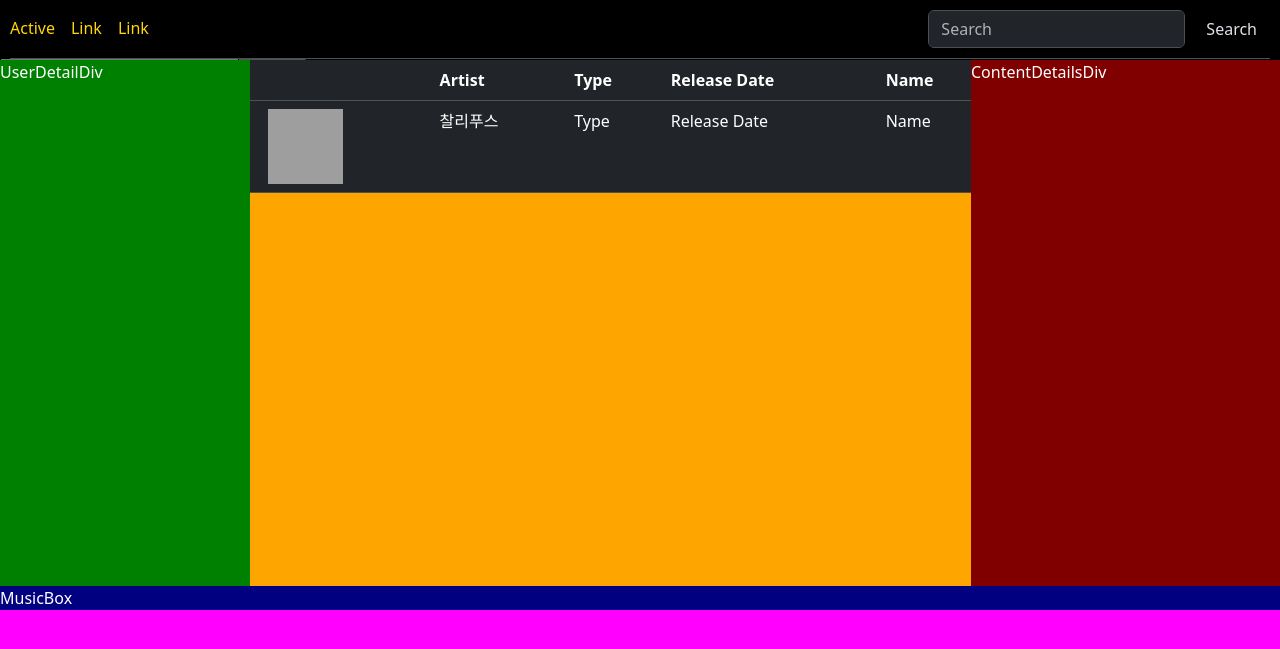
Repository: budflower44/My_Music_Life
Page: http://localhost/my_music_life/WEB-INF/views/mml/main.jsp
These files come from the project's save history. The page is drawn as it stood at one moment and after the next save; the edit follows.
The browser window is 1280 px wide. The pictures show the whole page.
Pictures or frames that could not be fetched are drawn as grey boxes. The page is served by Tomcat 9. Nobody is signed in. Other server files are loaded and not shown. The template is opened directly, without the code that normally fills it, so the values that code supplies are empty.

Above is the page before, as saved 2024-02-16 04:30:51.
Console error: TypeError: Cannot read properties of null (reading 'addEventListener')

### my_music_life/src/main/webapp/WEB-INF/views/mml/main.jsp
<%@ page language="java" contentType="text/html; charset=UTF-8"
    pageEncoding="UTF-8"%>
<!DOCTYPE html>
<html>
<head>
<meta charset="UTF-8">
<title>Insert title here</title>
</head>
<link rel="stylesheet" href="https://cdn.jsdelivr.net/npm/bootstrap-icons@1.10.5/font/bootstrap-icons.css">
<link href="https://cdn.jsdelivr.net/npm/bootstrap@5.3.1/dist/css/bootstrap.min.css" rel="stylesheet" integrity="sha384-4bw+/aepP/YC94hEpVNVgiZdgIC5+VKNBQNGCHeKRQN+PtmoHDEXuppvnDJzQIu9" crossorigin="anonymous">
<script src="https://cdn.jsdelivr.net/npm/@popperjs/core@2.11.8/dist/umd/popper.min.js" integrity="sha384-I7E8VVD/ismYTF4hNIPjVp/Zjvgyol6VFvRkX/vR+Vc4jQkC+hVqc2pM8ODewa9r" crossorigin="anonymous"></script>
<script src="https://cdn.jsdelivr.net/npm/bootstrap@5.3.1/dist/js/bootstrap.min.js" integrity="sha384-Rx+T1VzGupg4BHQYs2gCW9It+akI2MM/mndMCy36UVfodzcJcF0GGLxZIzObiEfa" crossorigin="anonymous"></script>
<style>
body{
	background-color : black;
	color: white;
	padding: 0;
	margin: 0;
}
.parentsDiv{
	height: 100vh;
	width: 100vw;
	display: flex;
	flex-direction: column;
}
.HeaderDiv{
	height: 60px;
}
.MidDiv{
	height: calc(100vh - 214px);
	min-height: calc(100vh - 194px);
	display:flex;
}
.FooterDiv{
	background-color: fuchsia;
	height: 154px;
	padding: 0;
	margin: 0;
	position:sticky;
	top: calc(100vh - 214px);
}
.SearchLineDiv{

}
.UserDetailDiv{
	background-color: green;
	width: 250px;
	min-width: 250px;
}
.ContentsDiv{
	background-color: orange;
	width: 100%;
	height:calc(100vw-550px);
	display: flex;
	justify-content: space-between;
	overflow: scroll;
}
.ContentDiv{
	background-color: lime;
	width: 70%;
	height: calc(100vw-550px);
	overflow: scroll;
	align-items: flex-start;
}
.ContentDetailsDiv{
	background-color: maroon;
	width: 30%;
	min-width: 300px;
	height: 100%
}
.MusicBox{
	background-color: navy;
	padding: 0;
	margin: 0;

}
.searchDiv{
	background-color: black;
	width: 650px;
	height: 75px;
}
.searchDiv img{
	margin-left: 10px;
}
.searchDiv span{
	text-align: center;
}
.playIcon {
	display: inline;
}

.navDiv{
	position:sticky;
	padding-left: 10px;
	padding-right: 10px;
}
.nav-link{
	color: gold;
}
.nav-link:hover {
	color: white;
}
.navbar{
	background-color: black;
}
.table{
	width: 800px;
	min-width: 500px;
}
</style>
<body>
<div class="parentsDiv">
	<div class="HeaderDiv">
		<div class="SearchLineDiv">
				<div class="navDiv">
					<nav class="navbar border-bottom border-body" data-bs-theme="dark">
						<ul class="nav nav-underline justify-content-end">
							<li class="nav-item"><a class="nav-link" aria-current="page" href="#">Active</a></li>
							<li class="nav-item"><a class="nav-link" href="#">Link</a></li>
							<li class="nav-item"><a class="nav-link" href="#">Link</a></li>
						</ul>
						<form class="d-flex" role="search">
        					<input class="form-control me-2 " id="searchKeyword" type="search" placeholder="Search" aria-label="Search">
        					<button class="btn" type="button" id="searchBtn">Search</button>
      					</form>
					</nav>
				</div>
				<input type="text" id="searchKeyword"><button type="button" id="searchBtn">Search</button>
		</div>
	</div>
	<div class="MidDiv">
		<div class="UserDetailDiv">UserDetailDiv</div>
		<div class="ContentsDiv">
			<div class="contentDiv">
				<div class="searchDiv" id="MusicBox">
				<table id="SearchBox" class="table table-dark table-hover">
					<tr>
						<th></th>
						<th>Artist</th>
						<th>Type</th>
						<th>Release Date</th>
						<th>Name</th>
						<th></th>
					</tr>
					<tr>
						<td>
						<img alt="" src="https://i.scdn.co/image/ab67616d0000b273a3b39c1651a617bb09800fd8" style="height:75px; width:75px; display:inline;">
						</td>
						<td>찰리푸스</td>
						<td>Type</td>
						<td>Release Date</td>
						<td>Name</td>
						<td><i class="bi bi-play-circle-fill"></i></td>
					</tr>
				</table>
				</div>
			</div>
			<div class="ContentDetailsDiv">ContentDetailsDiv</div>
		</div>
	</div>
	<div class="FooterDiv">
		<div class="MusicBox" >MusicBox</div>
	</div>
	<div></div>
</div>

<script src="/resources/js/spotifyAPI.js"></script>

</body>
</html>

Loaded but not shown: my_music_life/src/main/webapp/resources/js/spotifyAPI.js (910 lines, source omitted)

After the next save:
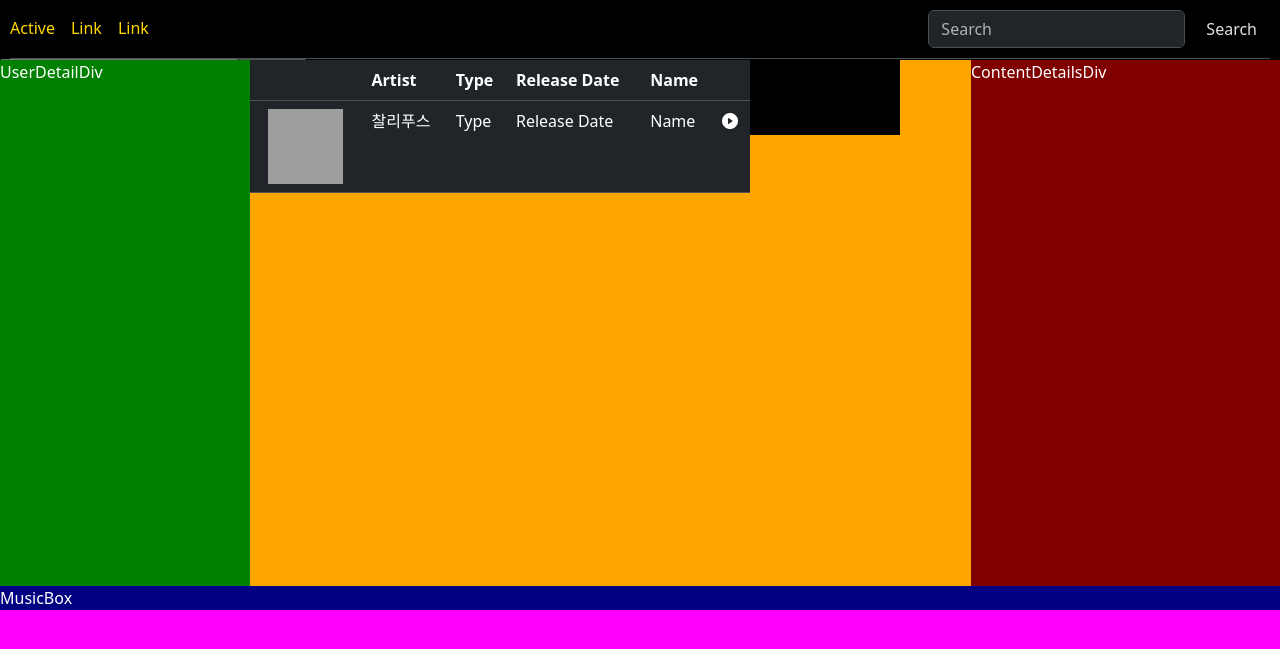
Saved 18 s later.
--- a/my_music_life/src/main/webapp/WEB-INF/views/mml/main.jsp
+++ b/my_music_life/src/main/webapp/WEB-INF/views/mml/main.jsp
@@ -105,7 +105,7 @@ body{
 }
 .table{
 	width: 800px;
-	min-width: 500px;
+	max-width: 500px;
 }
 </style>
 <body>
